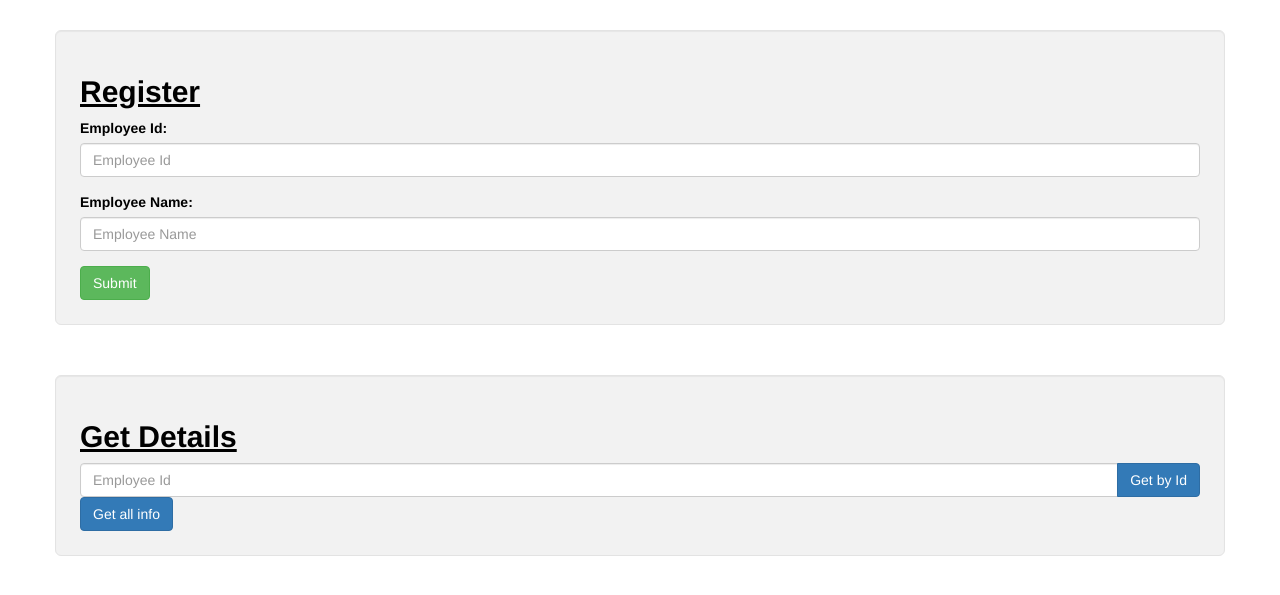
Repository: royakash07/FirstWebApplication
Page: http://localhost/SampleWebApplication/EmployeeProtal.jsp
The author's editor kept a copy of each file at every save. The page is drawn from the files as they stood at one save, then again after the next save.
The browser window is 1280 px wide. The pictures show the whole page.
Some web libraries are served in a nearby version. The page is served by Tomcat 9. Nobody is signed in. The application's start-up code is not run.

Above is the page before, as saved 2017-11-30 05:19:17.

After the next save:
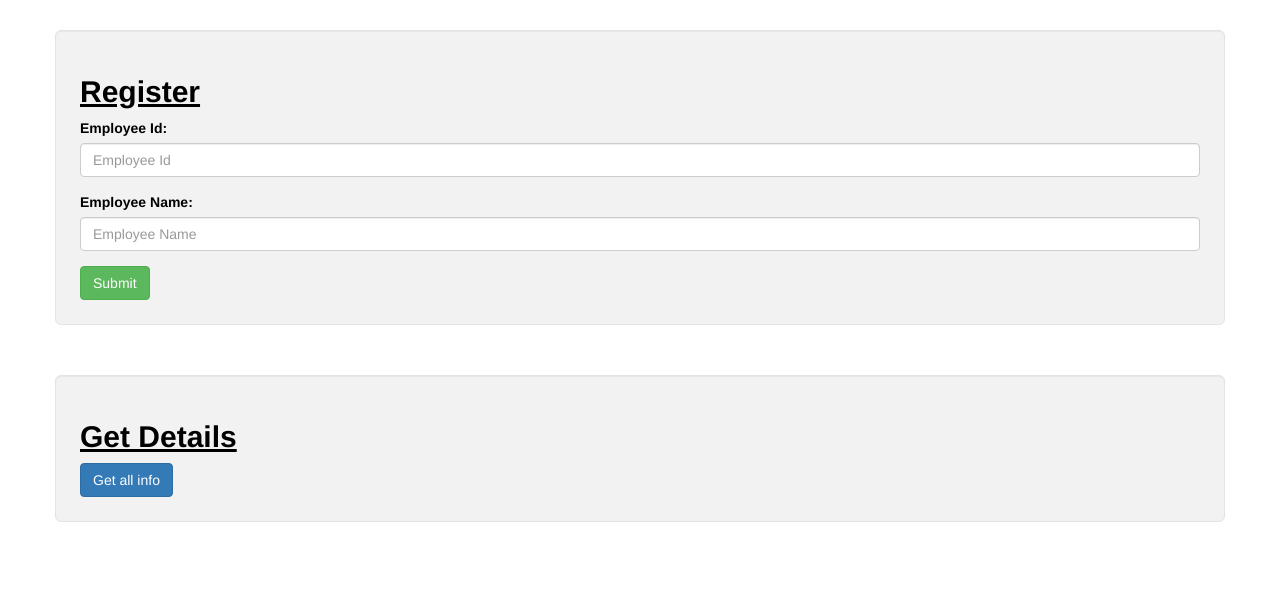
Saved 57 s later.
--- a/SampleWebApplication/WebContent/EmployeeProtal.jsp
+++ b/SampleWebApplication/WebContent/EmployeeProtal.jsp
@@ -38,13 +38,10 @@ background-color:#F2F2F2;
 </div>
 <div class="container well well-lg">
 <h2><strong><u>Get Details</u></strong></h2>
-<div class="input-group form-inline">
-    <input type="text" placeholder="Employee Id" class="form-control">
-	<span class="input-group-btn">
-	<button type="button" class="btn btn-primary" value="getDetailsById">Get by Id</button>
-	</span>
+<div>
+<button type="button" class="btn btn-primary" value="getAllDetails">Get all info</button>
 </div>
-	<button type="button" class="btn btn-primary" value="getAllDetails">Get all info</button>
+
 </div>
 </body>
 </html>
